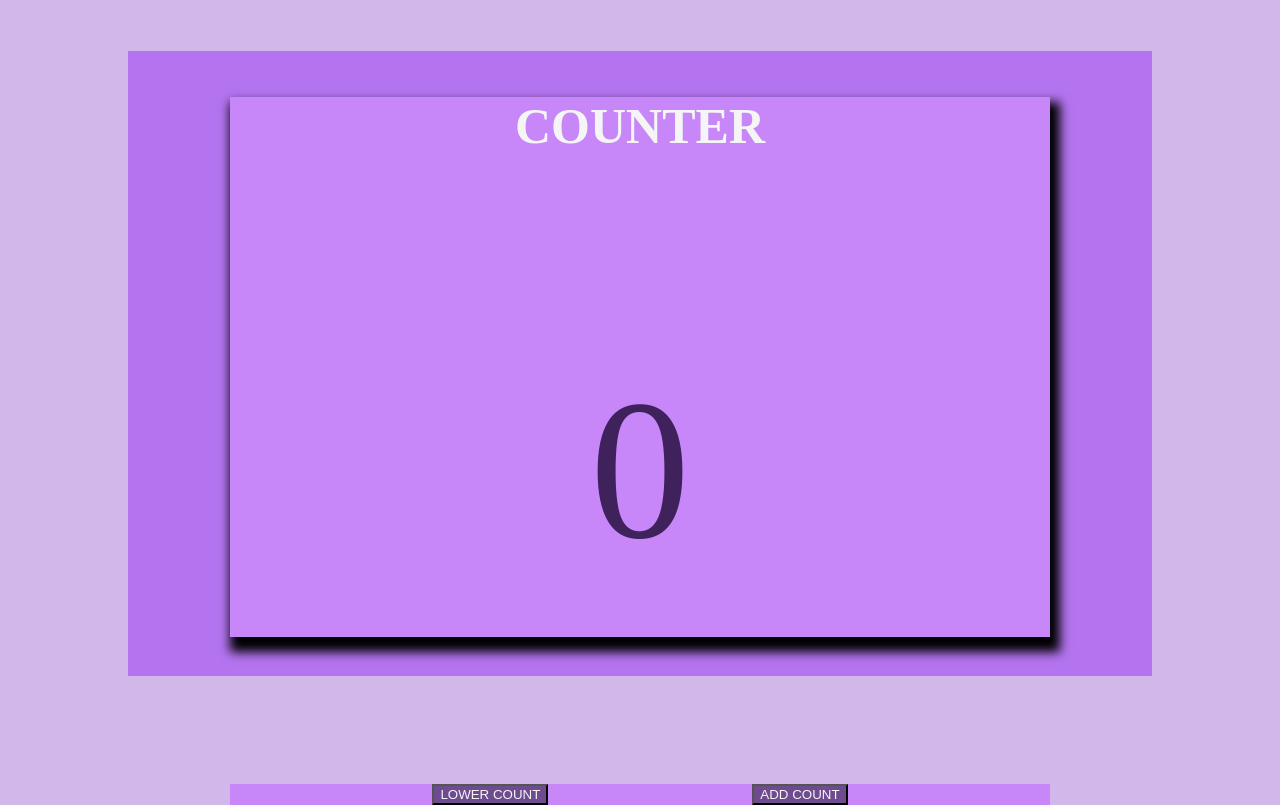
Repository: AnahitKhechumyan/Counter
Page: index.html
The author's editor kept a copy of each file at every save. The page is drawn from the files as they stood at one save, then again after the next save.
The browser window is 1280 px wide. The pictures show the whole page.

Above is the page before, as saved 2022-02-14 21:10:03.

After the next save:
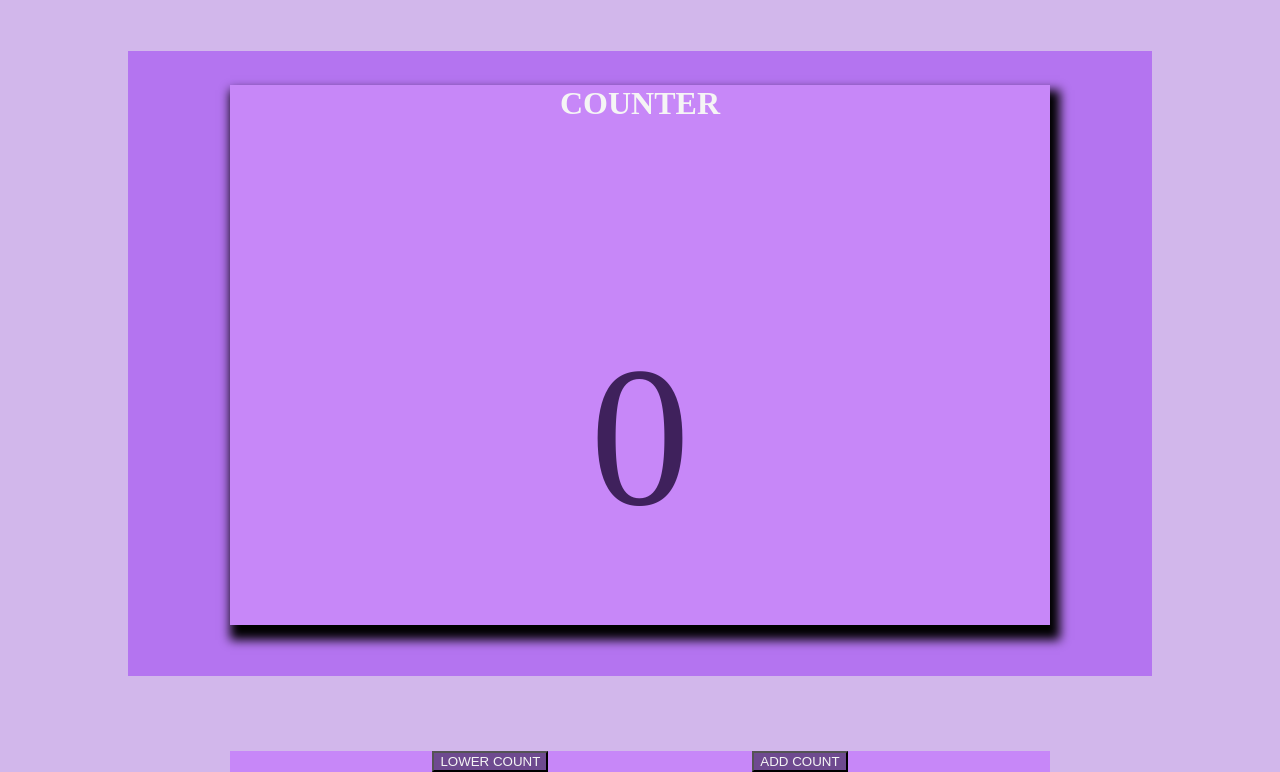
Saved 44 s later.
--- a/style.css
+++ b/style.css
@@ -21,8 +21,7 @@ body{
 h1{
     text-align: center;
     color:whitesmoke;
-    font-size: 50px;
-    font-weight: 700;
+
 }
 
 .counter{
